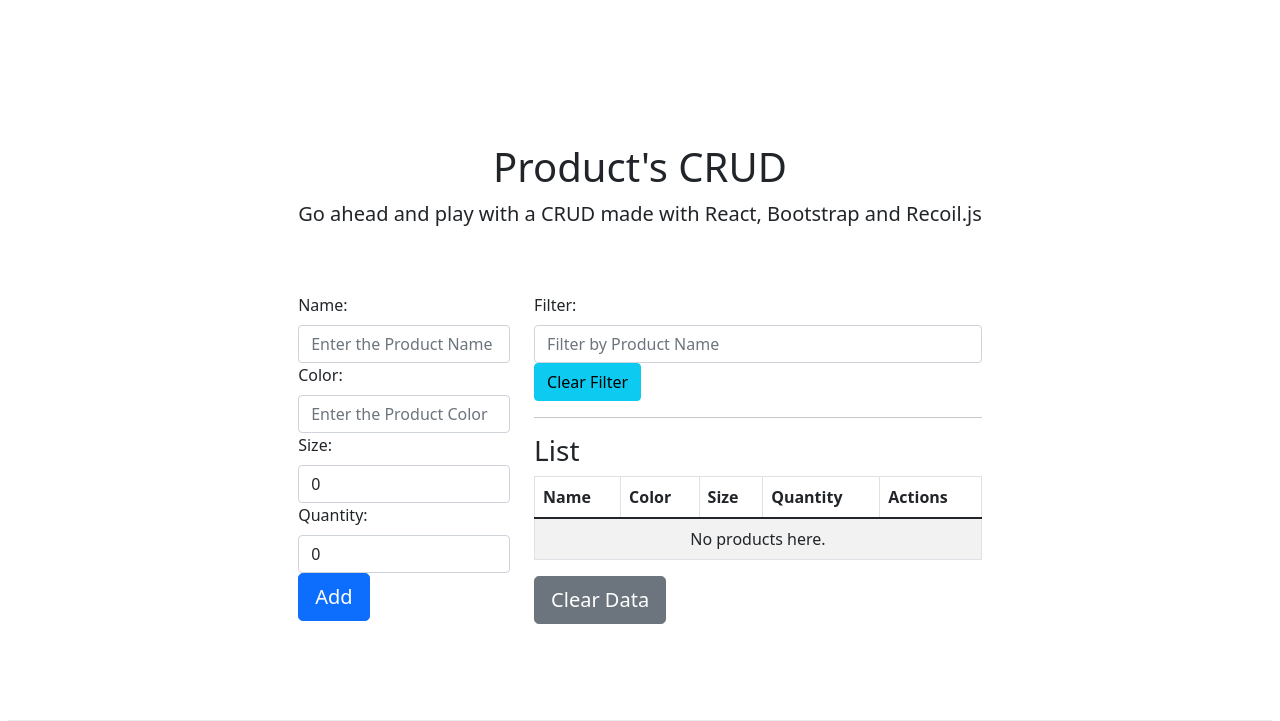
Repository: vperea95/crud-next
Page: /
These files come from the project's save history. The page is drawn as it stood at one moment and after the next save; the edit follows.
The browser window is 1280 px wide. The pictures show the whole page.
The project was rebuilt for these pictures with package versions that can differ from the ones it lists, and the page was loaded fresh each time. The framework's server and built-in components were replaced by stand-ins that run in the browser. Also part of the build but not shown: next.config.js.

Above is the page before, as saved 2021-11-19 13:04:23.

### pages/index.js
import Head from 'next/head'
import Image from 'next/image'
import styles from '../styles/Home.module.css'
import App from './app'

export default function Home() {
  return (
    <div className={styles.container}>
      <Head>
        <title>Create Next App</title>
        <meta name="description" content="Generated by create next app" />
        <link rel="icon" href="/favicon.ico" />
      </Head>

      <main className={styles.main}>
        <App/>
      </main>

      <footer className={styles.footer}>

      </footer>
    </div>
  )
}

### pages/app.js
import React from "react";
import Container from "react-bootstrap/Container";
import { Row, Col } from "react-bootstrap";

import AddProduct from "../components/AddProduct";
import FilterProducts from "../components/FilterProducts";
import ListProducts from "../components/ListProducts";

function App() {
  return (
    <Container className="p-3">
      <div className="py-5 text-center">
        <h1>Product's CRUD</h1>
        <p className="lead">
          Go ahead and play with a CRUD made with React, Bootstrap and Recoil.js
        </p>
      </div>
      <Row>
        <Col>
          <AddProduct />
        </Col>
        <Col className="col-8">
          <FilterProducts />
          <hr />
          <ListProducts />
        </Col>
      </Row>
    </Container>
  );
}

export default App;

### components/AddProduct.js
import React, { useState } from "react";
import { Button, Form } from "react-bootstrap";

import { useSetRecoilState } from "recoil";
import { v4 as uuid4 } from "uuid";
import { products } from "../store";

const AddProduct = () => {
  const [name, setName] = useState("");
  const [color, setColor] = useState("");
  const [size, setSize] = useState(0.0);
  const [quantity, setQuantity] = useState(0);
  const setProducts = useSetRecoilState(products);

  const onChangeName = (e) => {
    setName(e.target.value);
  };

  const onChangeColor = (e) => {
    setColor(e.target.value);
  };

  const onChangeSize = (e) => {
    setSize(e.target.value);
  };

  const onChangeQuantity = (e) => {
    setQuantity(e.target.value);
  };

  const addProduct = () => {
    setProducts((oldList) => [
      ...oldList,
      {
        id: uuid4(),
        name: name,
        color: color,
        size: size,
        quantity: quantity,
      },
    ]);

    resetForm();
  };

  const resetForm = () => {
    setName("");
    setColor("");
    setSize(0.0);
    setQuantity(0);
  };

  return (
    <Form>
      <Form.Group controlId="name">
        <Form.Label>Name:</Form.Label>
        <Form.Control
          type="text"
          value={name}
          placeholder="Enter the Product Name"
          onChange={(e) => onChangeName(e)}
        />
      </Form.Group>

      <Form.Group controlId="color">
        <Form.Label>Color:</Form.Label>
        <Form.Control
          type="text"
          value={color}
          placeholder="Enter the Product Color"
          onChange={(e) => onChangeColor(e)}
        />
      </Form.Group>

      <Form.Group controlId="size">
        <Form.Label>Size:</Form.Label>
        <Form.Control
          type="number"
          value={size}
          placeholder="Enter the Product Size"
          onChange={(e) => onChangeSize(e)}
        />
      </Form.Group>

      <Form.Group controlId="quantity">
        <Form.Label>Quantity:</Form.Label>
        <Form.Control
          type="number"
          value={quantity}
          placeholder="Enter the Product Quantity"
          onChange={(e) => onChangeQuantity(e)}
        />
      </Form.Group>

      <Button variant="primary" size="lg" onClick={() => addProduct()}>
        Add
      </Button>
    </Form>
  );
};

export default AddProduct;

### components/FilterProducts.js
import React from "react";
import { useRecoilState } from "recoil";

import { filterProductsValue } from "../store";
import { Form, Button } from "react-bootstrap";

const FilterProducts = () => {
  const [filterProductsState, filterProducts] = useRecoilState(
    filterProductsValue
  );

  const filter = (event) => {
    const { value } = event.target;
    filterProducts(value);
  };

  const clearFilter = () => filterProducts("");

  return (
    <Form>
      <Form.Group controlId="name">
        <Form.Label>Filter:</Form.Label>
        <Form.Control
          type="text"
          placeholder="Filter by Product Name"
          value={filterProductsState}
          onChange={(e) => filter(e)}
        />
      </Form.Group>

      <Button variant="info" onClick={() => clearFilter()}>
        Clear Filter
      </Button>
    </Form>
  );
};

export default FilterProducts;

### components/ListProducts.js
import React, { useState } from "react";
import { Table, Button } from "react-bootstrap";

import { useRecoilValue, useResetRecoilState } from "recoil";
import { filterProducts, filterProductsValue, products } from "../store";
import EditModal from "./modals/EditModal";
import DeleteModal from "./modals/DeleteModal";

const ListProducts = () => {
  const productsState = useRecoilValue(filterProducts);
  const resetList = useResetRecoilState(products);
  const resetfilterProductsValue = useResetRecoilState(filterProductsValue);

  // Modals
  const [showEdit, setShowEdit] = useState(false);
  const [showDelete, setShowDelete] = useState(false);
  const [userId4Actions, setUserId4Actions] = useState(0);

  const handleEditClose = () => setShowEdit(false);
  const handleEditShow = () => setShowEdit(true);

  const handleDeleteClose = () => setShowDelete(false);
  const handleDeleteShow = () => setShowDelete(true);

  const resetAtoms = () => {
    resetList();
    resetfilterProductsValue();
  };

  const editProduct = (id) => {
    handleEditShow();
    setUserId4Actions(id);
  };

  const deleteProduct = (id) => {
    handleDeleteShow();
    setUserId4Actions(id);
  };

  return (
    <>
      <h3>List</h3>

      <Table striped bordered hover responsive>
        <thead>
          <tr>
            <th>Name</th>
            <th>Color</th>
            <th>Size</th>
            <th>Quantity</th>
            <th>Actions</th>
          </tr>
        </thead>
        <tbody>
          {!productsState.length ? (
            <tr>
              <td colSpan="5" style={{ textAlign: "center" }}>
                No products here.
              </td>
            </tr>
          ) : (
            productsState.map((item, index) => (
              <tr key={item.id}>
                <td>{item.name}</td>
                <td>{item.color}</td>
                <td>{item.size}</td>
                <td>{item.quantity}</td>
                <td colSpan="2">
                  <Button
                    variant="secondary"
                    onClick={() => editProduct(item.id)}
                  >
                    Edit
                  </Button>{" "}
                  {" | "}
                  <Button
                    variant="danger"
                    onClick={() => deleteProduct(item.id)}
                  >
                    Delete
                  </Button>
                </td>
              </tr>
            ))
          )}
        </tbody>
      </Table>

      <Button variant="secondary" size="lg" onClick={() => resetAtoms()}>
        Clear Data
      </Button>

      <EditModal
        show={showEdit}
        id={userId4Actions}
        handleClose={handleEditClose}
      />

      <DeleteModal
        show={showDelete}
        id={userId4Actions}
        handleClose={handleDeleteClose}
      />
    </>
  );
};

export default ListProducts;

### store/index.js
export { products, filterProductsValue } from "./atom";
export { filterProducts } from "./selector";

### components/modals/EditModal.js
import React, { useState } from "react";
import { Button, Form, Modal } from "react-bootstrap";
import { useRecoilState } from "recoil";
import { products } from "../../store";

const EditModal = (props) => {
  const { show, id, handleClose } = props;

  const [productList, setProductList] = useRecoilState(products);
  const product = productList.length
    ? productList.find((item) => item.id === id)
    : null;
  const index = productList.findIndex((item) => item === product);

  const [name, setName] = useState("");
  const [color, setColor] = useState("");
  const [size, setSize] = useState(0.0);
  const [quantity, setQuantity] = useState(0);

  const onChangeName = (e) => {
    setName(e.target.value);
  };

  const onChangeColor = (e) => {
    setColor(e.target.value);
  };

  const onChangeSize = (e) => {
    setSize(e.target.value);
  };

  const onChangeQuantity = (e) => {
    setQuantity(e.target.value);
  };

  const updateProduct = () => {
    const newList = replaceProduct(productList, index, {
      ...product,
      name: name,
      color: color,
      size: size,
      quantity: quantity,
    });

    setProductList(newList);
    handleClose();
  };

  return (
    <>
      {product ? (
        <Modal show={show} onHide={handleClose}>
          <Modal.Header closeButton>
            <Modal.Title>Edit the Product</Modal.Title>
          </Modal.Header>
          <Modal.Body>
            <Form>
              <Form.Group controlId="name">
                <Form.Label>Name</Form.Label>
                <Form.Control
                  type="text"
                  placeholder="Enter the Product Name"
                  defaultValue={product.name}
                  onChange={(e) => onChangeName(e)}
                />
              </Form.Group>

              <Form.Group controlId="color">
                <Form.Label>Color</Form.Label>
                <Form.Control
                  type="text"
                  placeholder="Enter the Product Color"
                  defaultValue={product.color}
                  onChange={(e) => onChangeColor(e)}
                />
              </Form.Group>

              <Form.Group controlId="size">
                <Form.Label>Size</Form.Label>
                <Form.Control
                  type="number"
                  placeholder="Enter the Product Size"
                  defaultValue={product.size}
                  onChange={(e) => onChangeSize(e)}
                />
              </Form.Group>

              <Form.Group controlId="quantity">
                <Form.Label>Quantity</Form.Label>
                <Form.Control
                  type="number"
                  placeholder="Enter the Product Quantity"
                  defaultValue={product.quantity}
                  onChange={(e) => onChangeQuantity(e)}
                />
              </Form.Group>
            </Form>
          </Modal.Body>
          <Modal.Footer>
            <Button variant="secondary" onClick={() => handleClose()}>
              Close
            </Button>
            <Button variant="primary" onClick={() => updateProduct()}>
              Save Changes
            </Button>
          </Modal.Footer>
        </Modal>
      ) : (
        ""
      )}
    </>
  );
};

function replaceProduct(products, i, newVal) {
  return [...products.slice(0, i), newVal, ...products.slice(i + 1)];
}

export default EditModal;

### components/modals/DeleteModal.js
import React from "react";
import { Button, Modal } from "react-bootstrap";
import { useRecoilState } from "recoil";

import { products } from "../../store";

const DeleteModal = (props) => {
  const { show, id, handleClose } = props;


  const [productList, setProductList] = useRecoilState(products);
  const product = productList.length
    ? productList.find((item) => item.id === id)
    : null;
  const index = productList.findIndex((item) => item === product);

  const deleteProduct = () => {
    setProductList(removeProduct(productList, index));
    handleClose();
  };

  return (
    <>
      {product ? (
        <Modal show={show} onHide={handleClose}>
          <Modal.Header closeButton>
            <Modal.Title>Delete the Product</Modal.Title>
          </Modal.Header>
          <Modal.Body>Are you sure?</Modal.Body>
          <Modal.Footer>
            <Button variant="secondary" onClick={() => handleClose()}>
              Close
            </Button>
            <Button variant="primary" onClick={() => deleteProduct()}>
              Yes, Do it.
            </Button>
          </Modal.Footer>
        </Modal>
      ) : (
        ""
      )}
    </>
  );
};

function removeProduct(products, i) {
  return [...products.slice(0, i), ...products.slice(i + 1)];
}

export default DeleteModal;

### store/atom.js
import { atom } from "recoil";

export const products = atom({
  key: "products",
  default: [],
});

export const filterProductsValue = atom({
  key: "filterProductsValue",
  default: "",
});

### store/selector.js
import { selector } from "recoil";
import { products, filterProductsValue } from ".";

export const filterProducts = selector({
  key: "filterProducts",
  get: ({ get }) => {
    const productsState = get(products);
    const filterProductsValueState = get(filterProductsValue);

    if (filterProductsValueState.length) {
      return productsState.filter(
        (item) => item.name.includes(filterProductsValueState.trim()) && item
      );
    }
    return products;
  },
});

Loaded but not shown: pages/_app.js (common file); styles/globals.css (common file); styles/Home.module.css (common file)

After the next save:
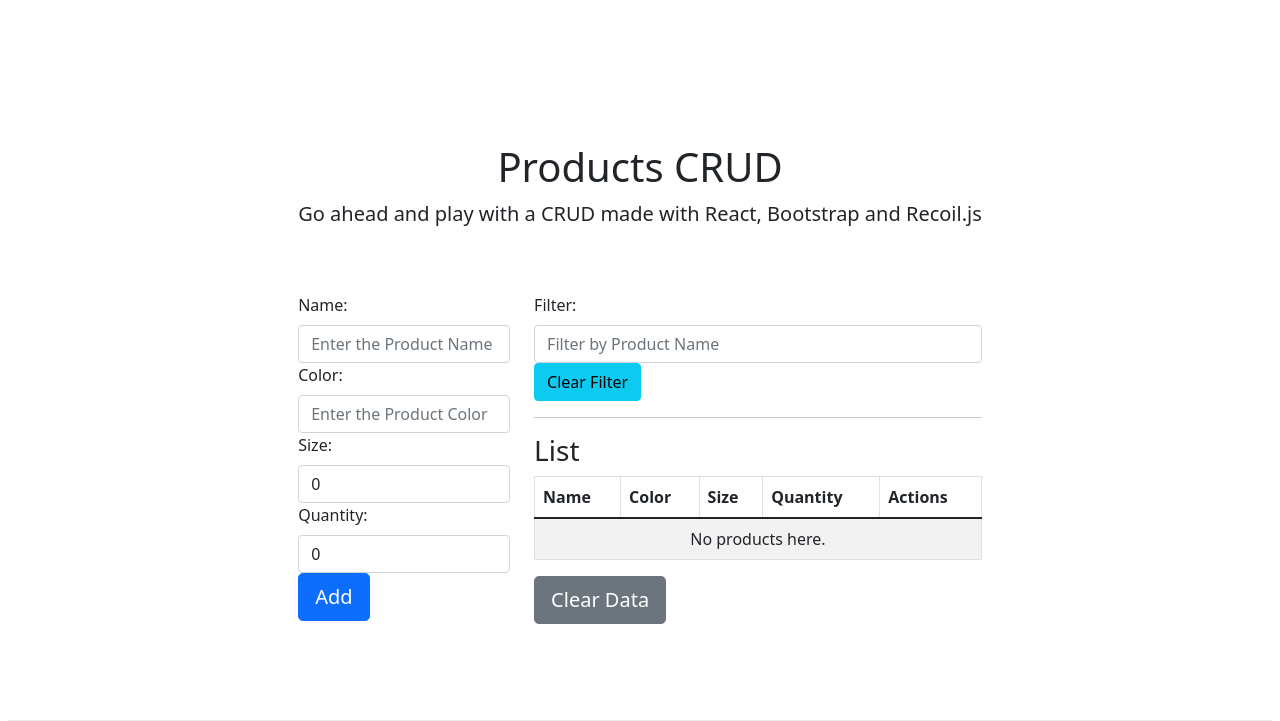
Saved 9 s later.
--- a/pages/app.js
+++ b/pages/app.js
@@ -10,7 +10,7 @@ function App() {
   return (
     <Container className="p-3">
       <div className="py-5 text-center">
-        <h1>Product's CRUD</h1>
+        <h1>Products CRUD</h1>
         <p className="lead">
           Go ahead and play with a CRUD made with React, Bootstrap and Recoil.js
         </p>
